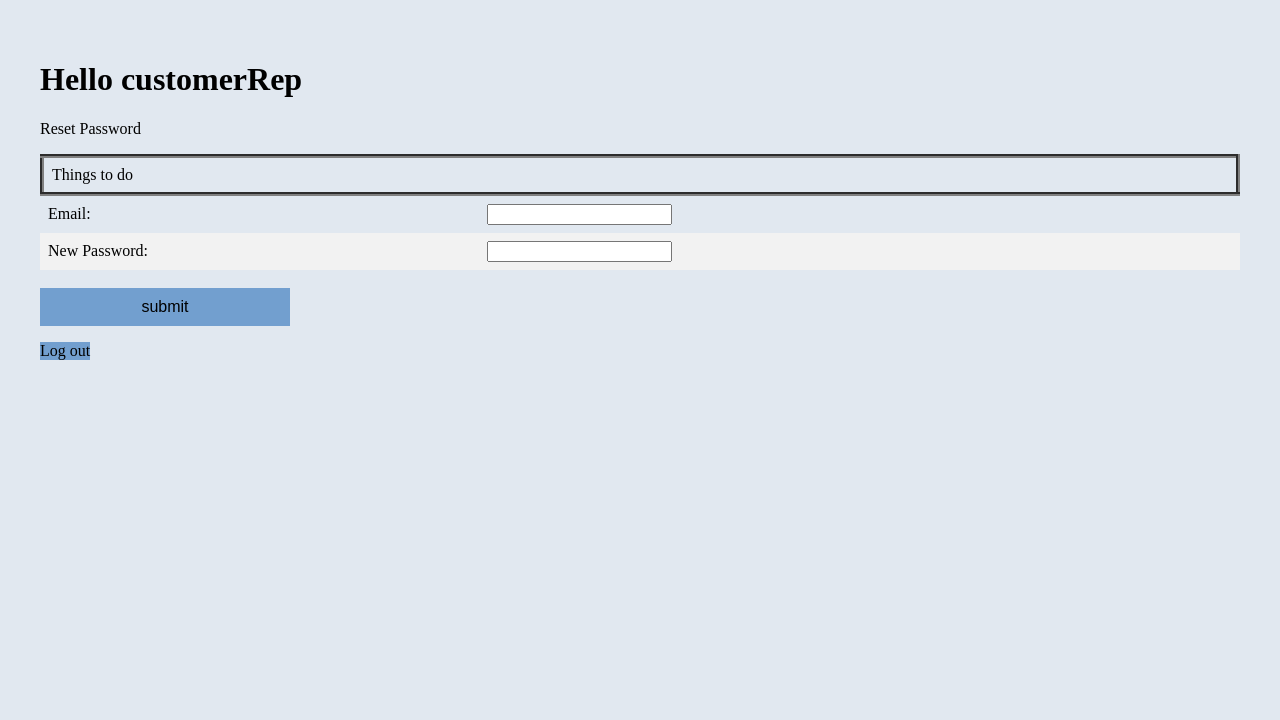
Repository: nicholaschiarulli/AuctionWebApp
Page: http://localhost/cs336Final/customerRepresentativePage.jsp
An editor plug-in stored every save of this project. The page is shown before and after the next save, followed by the edit.
The browser window is 1280 px wide. The pictures show the whole page.
The page is served by Tomcat 9. Queries for data that is not in the repository find no rows.

Above is the page before, as saved 2019-04-10 04:48:47.

### cs336Final/WebContent/customerRepresentativePage.jsp
<%@ page language="java" contentType="text/html; charset=ISO-8859-1"
pageEncoding="ISO-8859-1" import="com.cs336.pkg.*"%>
<%@ page import="java.io.*,java.util.*,java.sql.*"%>
<%@ page import="javax.servlet.http.*,javax.servlet.*"%>

<!DOCTYPE html PUBLIC "-//W3C//DTD HTML 4.01 Transitional//EN" "http://www.w3.org/TR/html4/loose.dtd">
<html>
<head>
<meta http-equiv="Content-Type" content="text/html; charset=ISO-8859-1">
<link rel="stylesheet" type="text/css" href="css/index.css"/>
<title>CR Page</title>
</head>
<body>
<h1>Hello customerRep</h1>


<p>Reset Password</p>
<table border='4'>
	<tr><td>Things to do</td></tr>
	<%
	ApplicationDB db = new ApplicationDB();

		Connection con = db.getConnection();

		Statement state = con.createStatement();

		String str = "select content from Email where toCol='CR'";

		ResultSet rst = state.executeQuery(str);
		while(rst.next()){

			String fromCol = rst.getString("fromCol");

			String content = rst.getString("content");
			out.print("<tr><th>"+content + "</th></tr>");

		}
		//Close the connection. Don't forget to do it, otherwise you're keeping the resources of the server allocated.
		con.close();

	%>
</table>
<form method="post" action="reset.jsp">

<table>
<tr>
<td>Email:</td><td><input type="text" name="email"></td>
</tr>

<tr>
<td>New Password:</td><td><input type="password" name="newpassword"></td>
</tr>
</table>
<br>
<input type="submit" value="submit" class="button">
</form>

<p><a href='logout.jsp'>Log out</a></p>
</body>
</html>

### cs336Final/src/com/cs336/pkg/ApplicationDB.java
package com.cs336.pkg;

import java.sql.Connection;
import java.sql.DriverManager;
import java.sql.SQLException;

public class ApplicationDB {

	public ApplicationDB(){

	}

	public Connection getConnection(){

		//Create a connection string
		String connectionUrl = "jdbc:mysql://auctiondb.coab5jepywet.us-east-2.rds.amazonaws.com:3306/Auction";
		Connection connection = null;

		try {
			//Load JDBC driver - the interface standardizing the connection procedure. Look at WEB-INF\lib for a mysql connector jar file, otherwise it fails.
			Class.forName("com.mysql.jdbc.Driver").newInstance();
		} catch (InstantiationException e) {
			// TODO Auto-generated catch block
			e.printStackTrace();
		} catch (IllegalAccessException e) {
			// TODO Auto-generated catch block
			e.printStackTrace();
		} catch (ClassNotFoundException e) {
			// TODO Auto-generated catch block
			e.printStackTrace();
		}
		try {
			//Create a connection to your DB
			connection = DriverManager.getConnection(connectionUrl,"nickchiarulli", "QPfl87utzH0");
		} catch (SQLException e) {
			// TODO Auto-generated catch block
			e.printStackTrace();
		}

		return connection;

	}

	public void closeConnection(Connection connection){
		try {
			connection.close();
		} catch (SQLException e) {
			// TODO Auto-generated catch block
			e.printStackTrace();
		}
	}





	public static void main(String[] args) {
		ApplicationDB dao = new ApplicationDB();
		Connection connection = dao.getConnection();

		System.out.println(connection);
		dao.closeConnection(connection);
	}



}

### cs336Final/WebContent/css/index.css

body {
/* 	background-image: linear-gradient(to right, #ff6e7f , #bfe9ff) ;
 */  background-color: #e1e8f0;
  color: black;
  margin: 20px;
  padding: 20px;

}

/* .button {
  background-image: linear-gradient(to right, #77A1D3 , #79CBCA,#E684AE ) ;
  border: none;
  color: black;
  padding: 15px 32px;
  text-align: center;
  text-decoration: none;
  display: inline-block;
  width: 33%;
  font-size: 16px;

} */

.button {
  display: block;
width: 250px;
  border: none;
  background-color: #729fcf;
/* background-image: linear-gradient(to right, #77A1D3 , #79CBCA,#E684AE ) ; */
  padding: 10px 10px;
   font-size: 16px;

  cursor: pointer;

 text-align: center;
}

a {
  background-color: #729fcf;
  color: black;
  display: inline-block;
  text-decoration: none;
}

a:hover {
  background-color: #555;
}


.button1 {
  display: block;
width: 50px;
  border: none;
background-color: blue;
  padding: 10px 10px;
   font-size: 12px;
  cursor: pointer;
 text-align: center;
}

table {
  border-collapse: collapse;
  width: 100%;
}

th, td {
  text-align: left;
  padding: 8px;
}

tr:nth-child(even){background-color: #f2f2f2}

th {
  background-color:  #e1e8f0;
  color: black;
}
/* #form {
  display: block;
  width: 50%;
  border: none;
  font-size: 16px;
  cursor: pointer;
  text-align: center;
} */

After the next save:
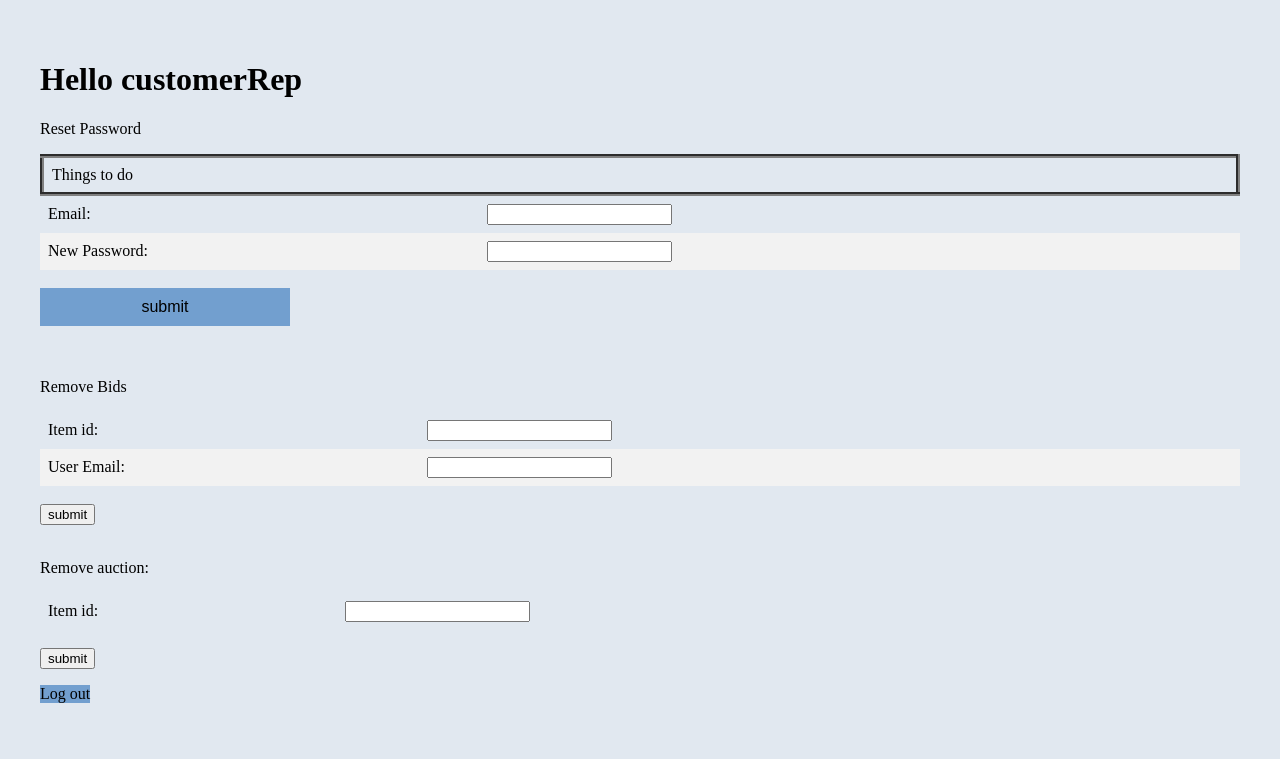
Saved 116 s later.
--- a/cs336Final/WebContent/customerRepresentativePage.jsp
+++ b/cs336Final/WebContent/customerRepresentativePage.jsp
@@ -55,6 +55,40 @@ pageEncoding="ISO-8859-1" import="com.cs336.pkg.*"%>
 <input type="submit" value="submit" class="button">
 </form>
 
+<br>
+<br>
+<p>Remove Bids</p>
+<form method="post" action="rmbid.jsp">
+<table>
+<tr>
+<td>Item id:</td><td><input type="text" name="itemid"></td>
+</tr>
+
+<tr>
+<td>User Email:</td><td><input type="text" name="email"></td>
+</tr>
+</table>
+
+<br>
+<input type="submit" value="submit">
+</form>
+
+
+<br>
+
+<p>Remove auction:</p>
+<form method="post" action="rmauc.jsp">
+<table>
+<tr>
+<td>Item id:</td><td><input type="text" name="itemid"></td>
+</tr>
+
+</table>
+
+<br>
+<input type="submit" value="submit">
+</form>
+
 <p><a href='logout.jsp'>Log out</a></p>
 </body>
 </html>
